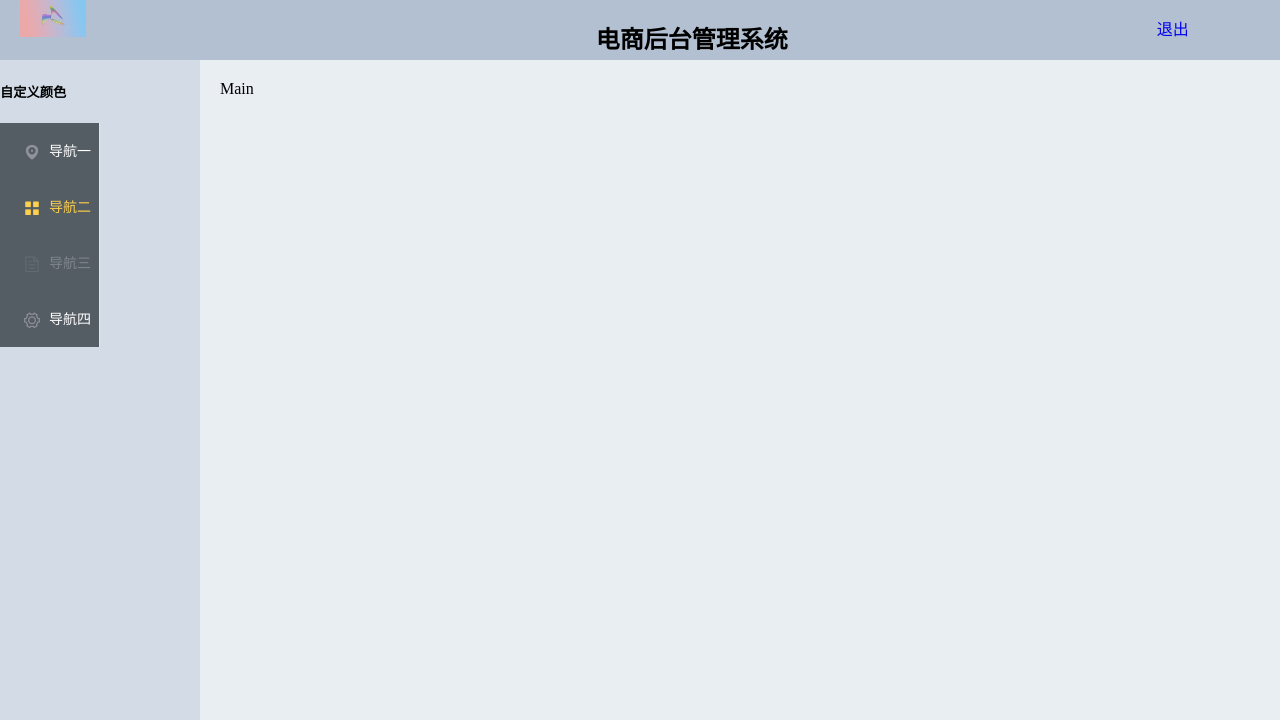
Repository: StenphonCook/mallmanger_my
Page: /
The author's editor kept a copy of each file at every save. The page is drawn from the files as they stood at one save, then again after the next save.
The browser window is 1280 px wide. The pictures show the whole page.
The project was rebuilt for these pictures with package versions that can differ from the ones it lists, and the page was loaded fresh each time. Also part of the build but not shown: src/components/login/login.vue.

Above is the page before, as saved 2022-05-18 22:22:21.

After the next save:
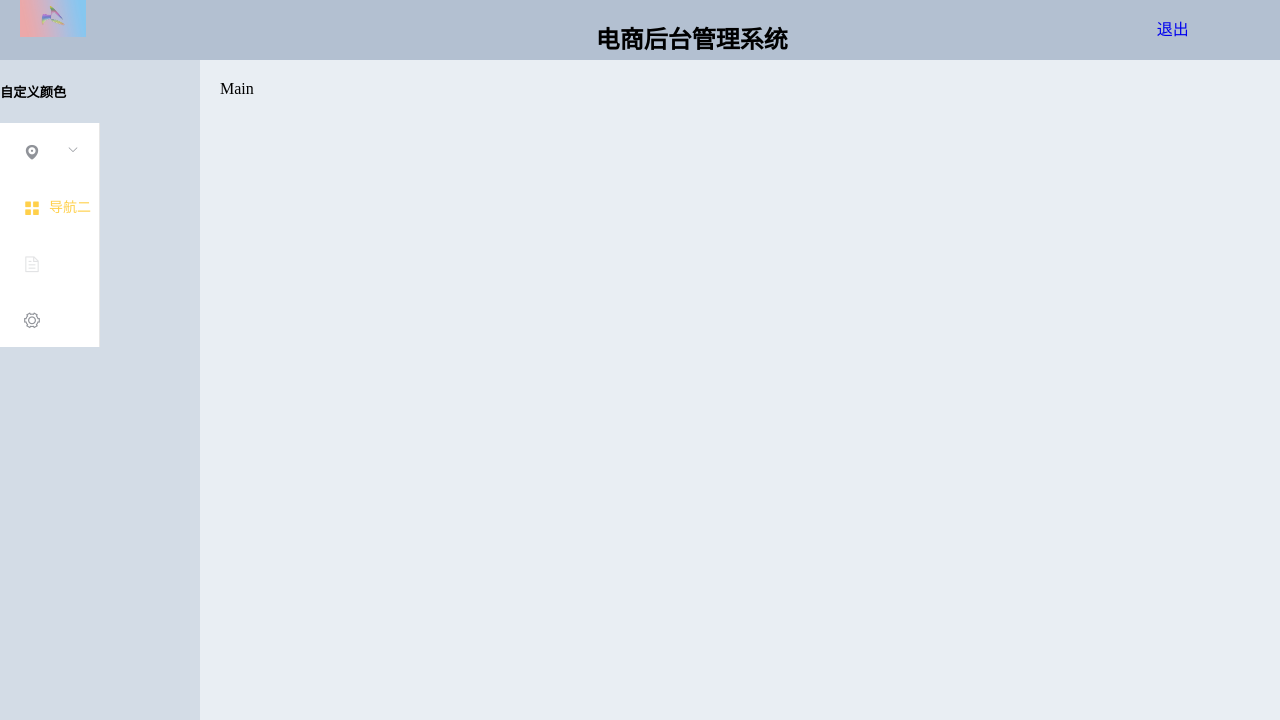
Saved 21 s later.
--- a/src/components/home/home.vue
+++ b/src/components/home/home.vue
@@ -26,7 +26,6 @@
                     class="el-menu-vertical-demo"
                     @open="handleOpen"
                     @close="handleClose"
-                    background-color="#545c64"
                     text-color="#fff"
                     active-text-color="#ffd04b">
                     <el-submenu index="1">
